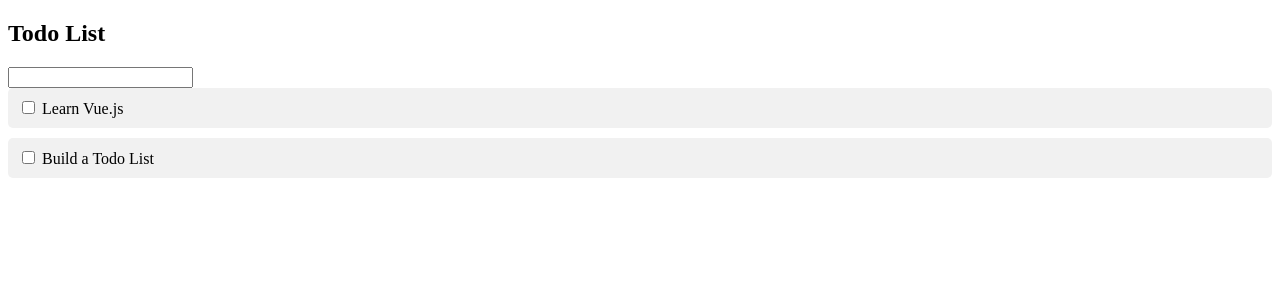
Repository: lilit1121/Vue.js-and-Rapid-Prototyping
Page: /
These files come from the project's save history. The page is drawn as it stood at one moment and after the next save; the edit follows.
The browser window is 1280 px wide. The pictures show the whole page.
The project was rebuilt for these pictures with package versions that can differ from the ones it lists, and the page was loaded fresh each time. Also part of the build but not shown: vue.config.js.

Above is the page before, as saved 2023-02-08 12:26:30.

### src/App.vue
<template>
  <div id="app">
    <nav>

    </nav>
    <router-view/>
  </div>
</template>

<style lang="scss">

</style>

### src/router/index.js
import Vue from 'vue'
import VueRouter from 'vue-router'
import Home from '../views/Home.vue'

Vue.use(VueRouter)

const routes = [
  {
    path: '/',
    name: 'home',
    component: Home
  },

]

const router = new VueRouter({
  mode: 'history',
  base: process.env.BASE_URL,
  routes
})

export default router

### src/views/Home.vue
<template>

  <div>
    <h2>Todo List</h2>
    <input type="text" v-model="newTodo" @keyup.enter="addTodo">
    <ul>
      <li v-for="(todo, index) in todos" :key="index" @dragstart="dragStart(index)" @dragover="dragOver(index)" @drop="drop(index)">
        <input type="checkbox" v-model="todo.done"/> {{ todo.text }}
      </li>
    </ul>
  </div>
</template>
// JavaScript Code

<script>
export default {
  data() {
    return {
      newTodo: '',
      todos: [
        { text: 'Learn Vue.js', done: false },
        { text: 'Build a Todo List', done: false }
      ]
    }
  },
  methods: {
    addTodo() {
      this.todos.push({
        text: this.newTodo,
        done: false
      });
      this.newTodo = '';
    },
    dragStart(index) {
      this.draggedTodo = this.todos[index];
      this.draggedIndex = index;
    },
    dragOver(index) {
      const draggedOverTodo = this.todos[index];
      if (this.draggedTodo === draggedOverTodo) {
        return;
      }
      this.todos.splice(index, 0, this.draggedTodo);
      this.todos.splice(this.draggedIndex, 1);
      this.draggedIndex = index;
    },
    drop(index) {
      this.draggedTodo = null;
      this.draggedIndex = null;
    }
  }
}
</script>
// CSS Code

<style>
  ul {
    list-style: none;
    padding: 0;
    margin: 0;
  }
  li {
    background-color: #f1f1f1;
    padding: 10px;
    margin-bottom: 10px;
    border-radius: 5px;
  }
  li.dragged {
    opacity: 0.5;
  }
</style>

Loaded but not shown: public/index.html (common file); src/main.js (common file); src/store/index.js (common file)

After the next save:
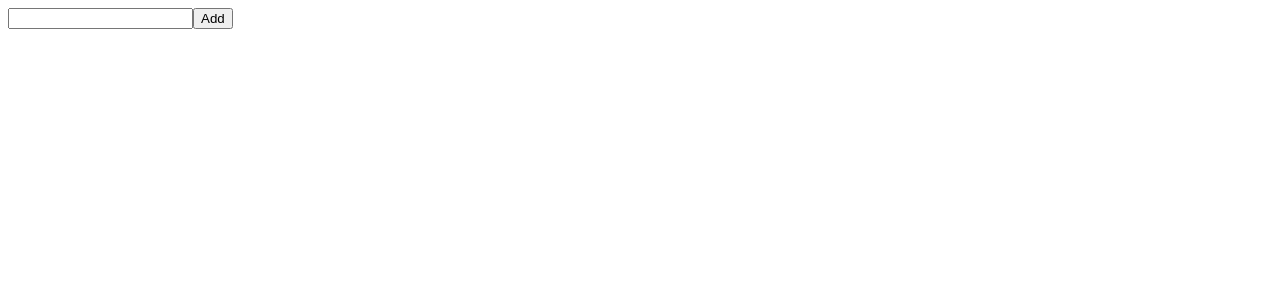
Saved 116 s later.
--- a/src/views/Home.vue
+++ b/src/views/Home.vue
@@ -1,35 +1,46 @@
 <template>
-
-  <div>
-    <h2>Todo List</h2>
-    <input type="text" v-model="newTodo" @keyup.enter="addTodo">
+  <div class="home">
+    <form @submit.prevent="addTodo">
+      <input v-model="newTodo" type="text" />
+      <button type="submit">Add</button>
+    </form>
     <ul>
-      <li v-for="(todo, index) in todos" :key="index" @dragstart="dragStart(index)" @dragover="dragOver(index)" @drop="drop(index)">
-        <input type="checkbox" v-model="todo.done"/> {{ todo.text }}
+      <li
+        v-for="(todo, index) in todos"
+        :key="todo.id"
+        @dragstart="dragStart(index)"
+        @dragover="dragOver(index)"
+        @drop="drop(index)"
+      >
+        <input type="checkbox" v-model="todo.completed" />
+        {{ todo.text }}
+        <button @click.prevent="removeTodo(todo)">Remove</button>
       </li>
     </ul>
   </div>
 </template>
-// JavaScript Code
 
 <script>
 export default {
+  name: "Home",
   data() {
     return {
-      newTodo: '',
-      todos: [
-        { text: 'Learn Vue.js', done: false },
-        { text: 'Build a Todo List', done: false }
-      ]
-    }
+      newTodo: "",
+      todos: [],
+    };
   },
   methods: {
     addTodo() {
       this.todos.push({
+        id: this.todos.length + 1,
         text: this.newTodo,
-        done: false
+        completed: false,
+        done: false,
       });
-      this.newTodo = '';
+      this.newTodo = "";
+    },
+    removeTodo(todo) {
+      this.todos = this.todos.filter((el) => el.id != todo.id);
     },
     dragStart(index) {
       this.draggedTodo = this.todos[index];
@@ -47,25 +58,23 @@ export default {
     drop(index) {
       this.draggedTodo = null;
       this.draggedIndex = null;
-    }
-  }
+    },
+  },
+};
+</script>
+<style>
+ul {
+  list-style: none;
+  padding: 0;
+  margin: 0;
 }
-</script>
-// CSS Code
-
-<style>
-  ul {
-    list-style: none;
-    padding: 0;
-    margin: 0;
-  }
-  li {
-    background-color: #f1f1f1;
-    padding: 10px;
-    margin-bottom: 10px;
-    border-radius: 5px;
-  }
-  li.dragged {
-    opacity: 0.5;
-  }
+li {
+  background-color: #f1f1f1;
+  padding: 10px;
+  margin-bottom: 10px;
+  border-radius: 5px;
+}
+li.dragged {
+  opacity: 0.5;
+}
 </style>
